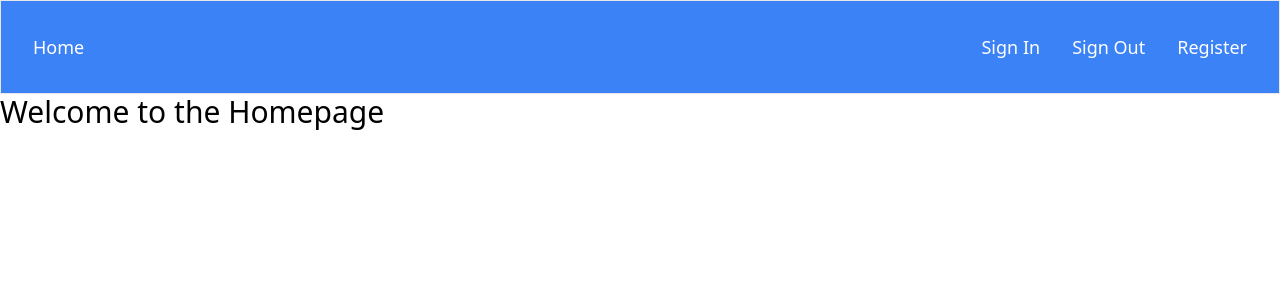
Repository: oderinde300/react-authentication-with-json-server
Page: /
An editor plug-in stored every save of this project. The page is shown before and after the next save, followed by the edit.
The browser window is 1280 px wide. The pictures show the whole page.
The project was rebuilt for these pictures with package versions that can differ from the ones it lists, and the page was loaded fresh each time. Also part of the build but not shown: src/components/authentication/Login.jsx, src/pages/LoginPage.jsx.

Above is the page before, as saved 2023-03-22 12:31:17.

### src/App.js
import { Routes, Route } from "react-router-dom";
import HomePage from "./pages/HomePage";
import LoginPage from "./pages/LoginPage";

function App() {
  return (
    <div>
      <header>
        <nav className="border py-8 flex justify-between px-8 text-lg text-white bg-blue-500">
          <p className="">Home</p>
          <ul className="flex  ">
            <li className="mx-4 ">Sign In</li>
            <li className="mx-4 ">Sign Out</li>
            <li className="ml-4 ">Register</li>
          </ul>
        </nav>
      </header>
      <Routes>
        <Route path="/" element={<HomePage />} />
        <Route path="/login" element={<LoginPage />} />
      </Routes>
    </div>
  );
}

export default App;

### src/pages/HomePage.jsx
import React from "react";

const HomePage = () => {
  return (
    <div>
      <h1 className="text-3xl">Welcome to the Homepage</h1>
    </div>
  );
};

export default HomePage;

Loaded but not shown: public/index.html (common file); src/index.js (common file); src/index.css (common file); tailwind.config.js (common file)

After the next save:
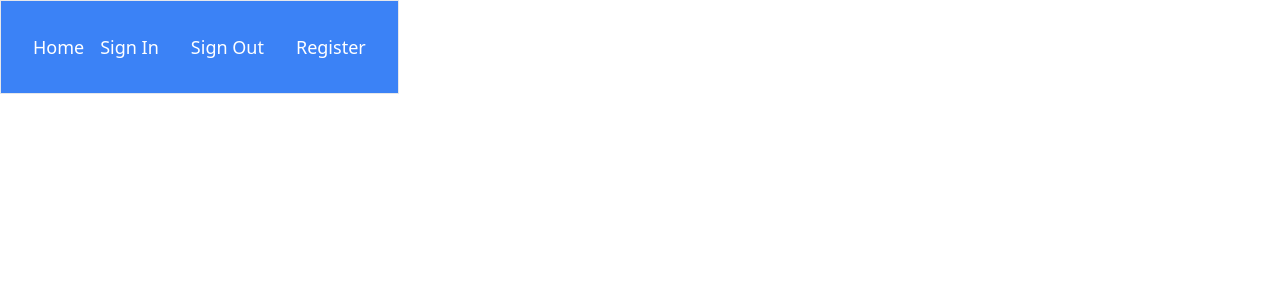
Saved 18 s later.
--- a/src/App.js
+++ b/src/App.js
@@ -6,7 +6,7 @@
   return (
     <div>
       <header>
-        <nav className="border py-8 flex justify-between px-8 text-lg text-white bg-blue-500">
+        <nav className="border py-8 flex justify-between px-8 text-lg text-white bg-blue-500 fixed">
           <p className="">Home</p>
           <ul className="flex  ">
             <li className="mx-4 ">Sign In</li>

After the save that followed:
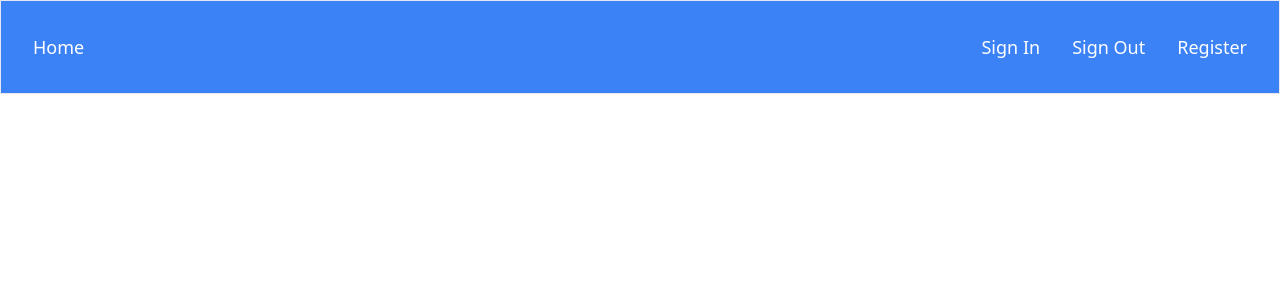
Saved 8 s later.
--- a/src/App.js
+++ b/src/App.js
@@ -6,7 +6,7 @@
   return (
     <div>
       <header>
-        <nav className="border py-8 flex justify-between px-8 text-lg text-white bg-blue-500 fixed">
+        <nav className="border py-8 flex justify-between px-8 text-lg text-white bg-blue-500 fixed w-full">
           <p className="">Home</p>
           <ul className="flex  ">
             <li className="mx-4 ">Sign In</li>
